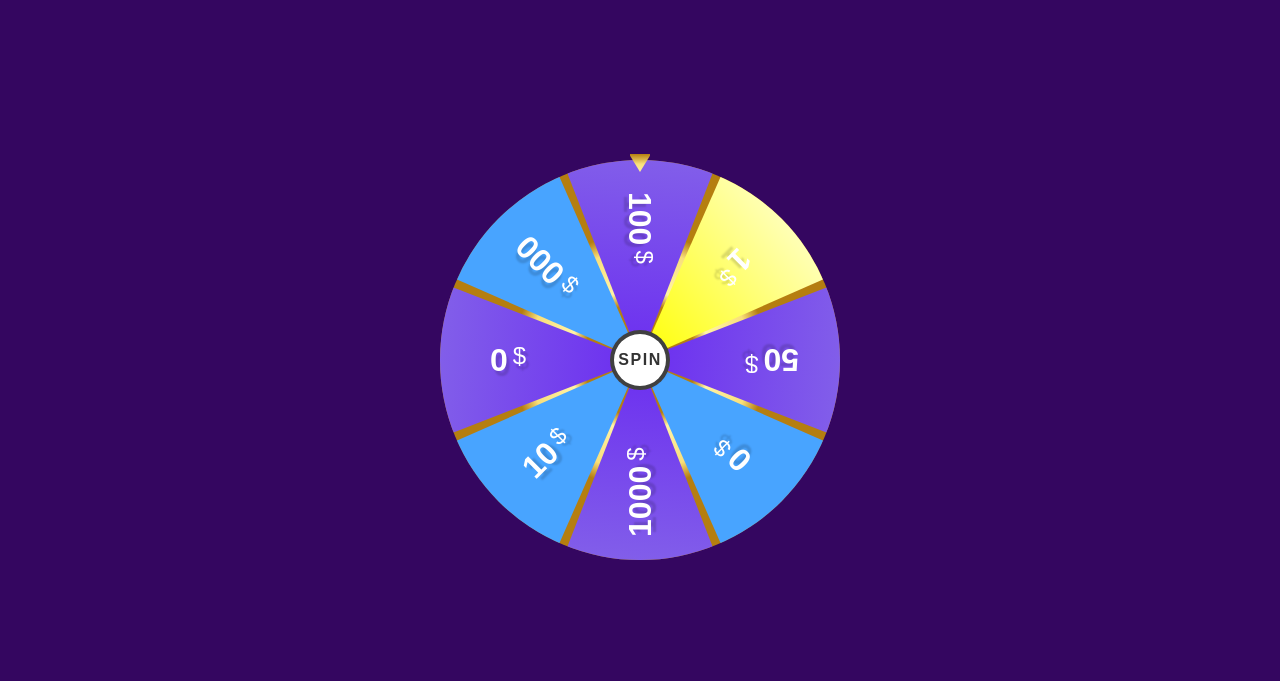
Repository: Jacques-Jaki-Morkel/FundedMarketplace_WheelofFortune
Page: index.html
These files come from the project's save history. The page is drawn as it stood at one moment and after the next save; the edit follows.
The browser window is 1280 px wide. The pictures show the whole page.

Above is the page before, as saved 2025-08-14 13:07:26.

After the next save:
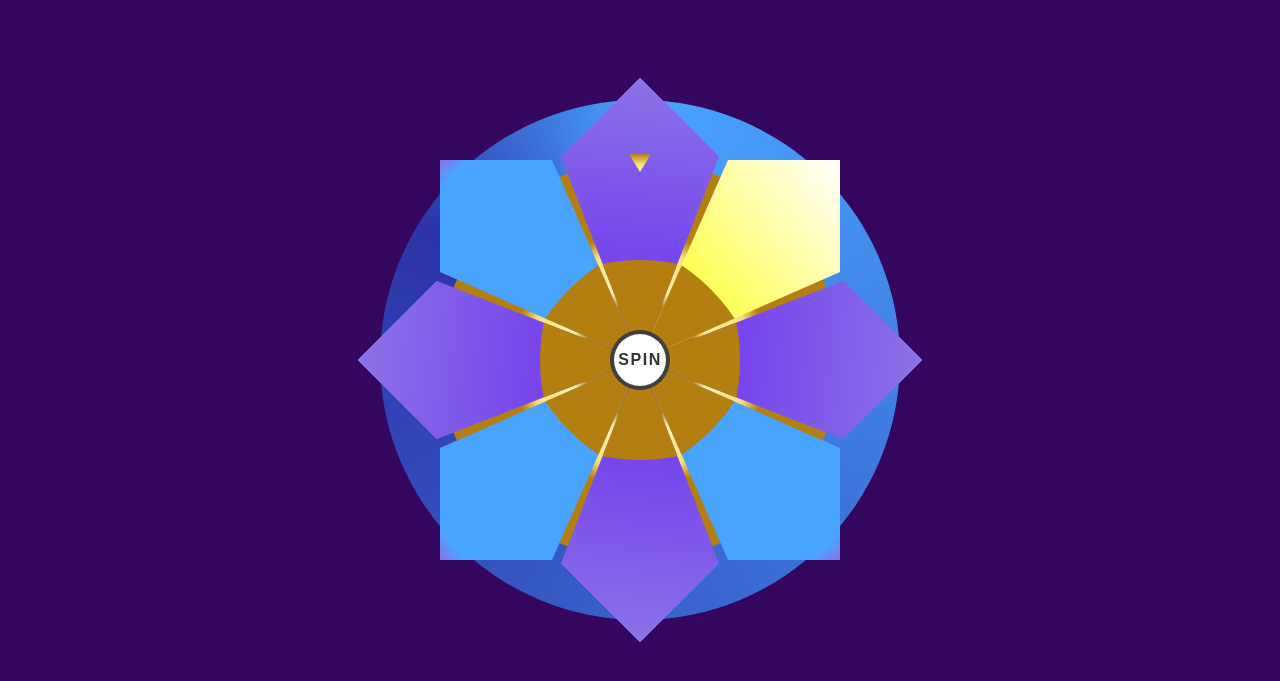
Saved 4 min 23 s later.
--- a/styles.css
+++ b/styles.css
@@ -60,13 +60,51 @@ body {
     height: 100%;
     background: radial-gradient(#b57e10 20%, #fff3a6 25%, #f9df7b 39%, #b57e10 45%);
     border-radius: 50%;
-    overflow: hidden;
+    overflow: visible; /* need this to show rings outside the circle */
+}
 
+/* First ring */
+.container .wheel::before {
+    content: "";
+    position: absolute;
+    top: 50%;
+    left: 50%;
+    width: 110%;
+    height: 110%;
+    transform: translate(-50%, -50%);
+    border-radius: 50%;
+    background: conic-gradient(#b57e10 20%, #fff3a6 25%, #f9df7b 39%, #b57e10 45%);
+    z-index: -3;
+}
 
-    box-shadow: 0 0 0 5px linear-gradient(#b57e10 20%, #fff3a6 25%, #f9df7b 39%, #b57e10 45%),
-        0 0 0 15px linear-gradient( #48a4ff 0%, #2d33a6 84%, #48a4ff 100%),
-        0 0 0 18px linear-gradient(#b57e10 20%, #fff3a6 25%, #f9df7b 39%, #b57e10 45%);
+/* Second ring */
+.container .wheel::after {
+    content: "";
+    position: absolute;
+    top: 50%;
+    left: 50%;
+    width: 130%;
+    height: 130%;
+    transform: translate(-50%, -50%);
+    border-radius: 50%;
+    background: conic-gradient(#48a4ff 0%, #2d33a6 84%, #48a4ff 100%);
+    z-index: -2;
 }
+
+/* Third ring as inner-most outside ring */
+.container .wheel span {
+    content: "";
+    position: absolute;
+    top: 50%;
+    left: 50%;
+    width: 140%;
+    height: 140%;
+    transform: translate(-50%, -50%);
+    border-radius: 50%;
+    background: conic-gradient(#b57e10 20%, #fff3a6 25%, #f9df7b 39%, #b57e10 45%);
+    z-index: -1;
+}
+
 
 .container .wheel .number {
     position: absolute;
